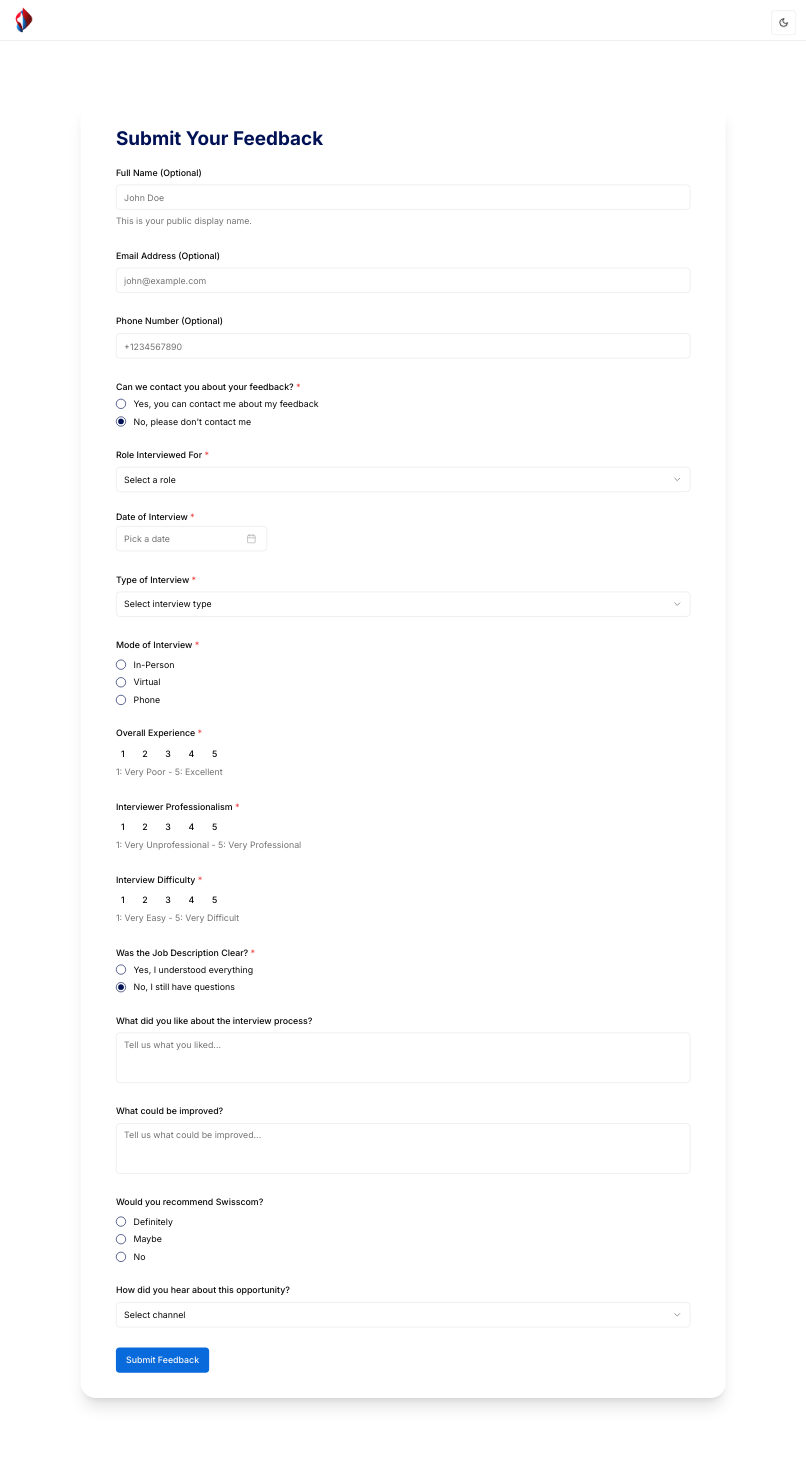
Repository: imets01/swisscom-feedback-app
Page: /feedback (app in frontend/)
These files come from the project's save history. The page is drawn as it stood at one moment and after the next save; the edit follows.
The browser window is 1280 px wide. The pictures show the whole page, at 63% of full size.
The project was rebuilt for these pictures with package versions that can differ from the ones it lists, and the page was loaded fresh each time. The framework's server and built-in components were replaced by stand-ins that run in the browser. Also part of the build but not shown: frontend/next.config.mjs, frontend/src/components/ui/calendar.jsx.

Above is the page before, as saved 2024-12-01 11:09:24.

After the next save:
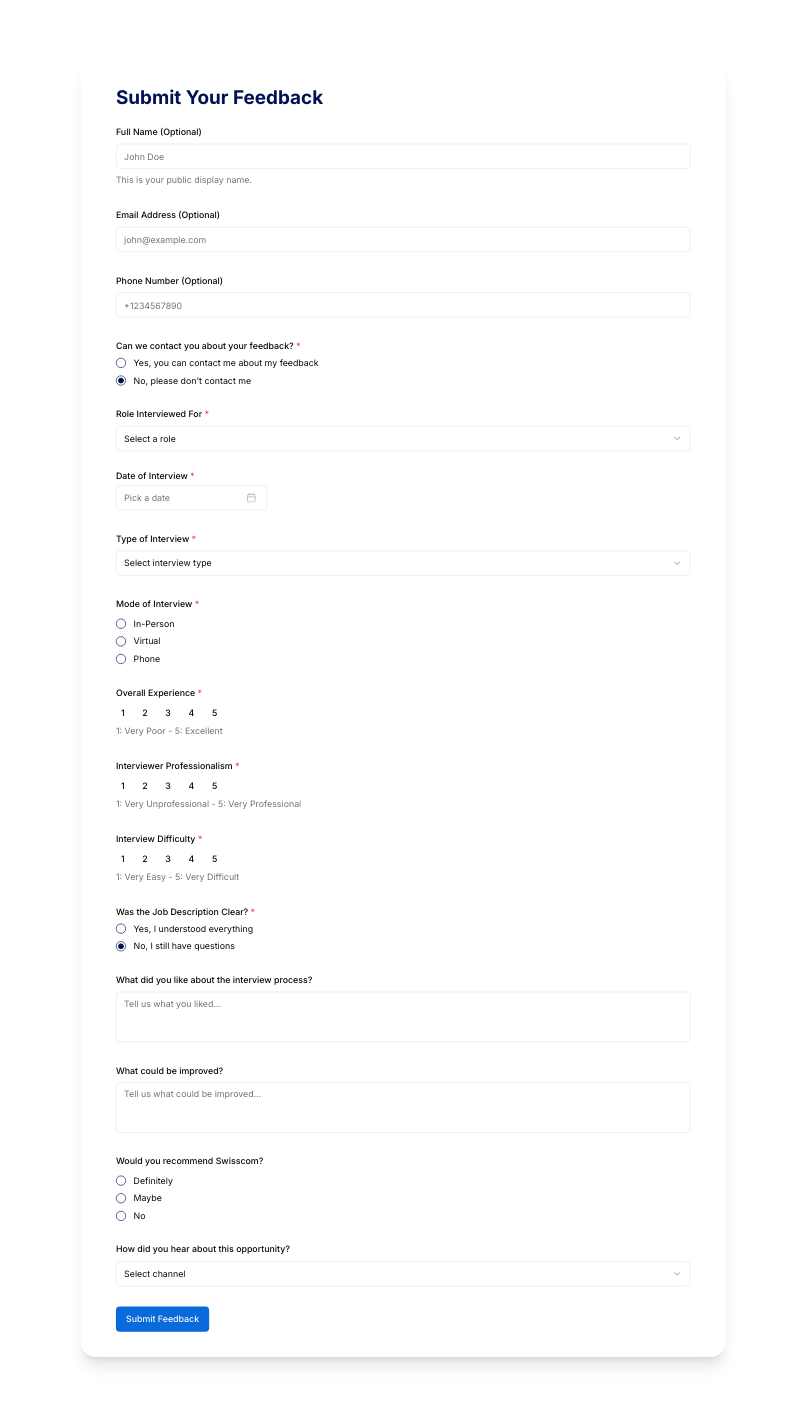
Saved 54 s later.
--- a/frontend/src/app/layout.jsx
+++ b/frontend/src/app/layout.jsx
@@ -12,7 +12,9 @@
 export default function RootLayout({ children }) {
   return (
     <html lang="en">
-      <Header />
+      <head>
+        <Header />
+      </head>
       <body className={inter.className}>
         <div>
           <main>{children}</main>

After the 6 saves that followed:
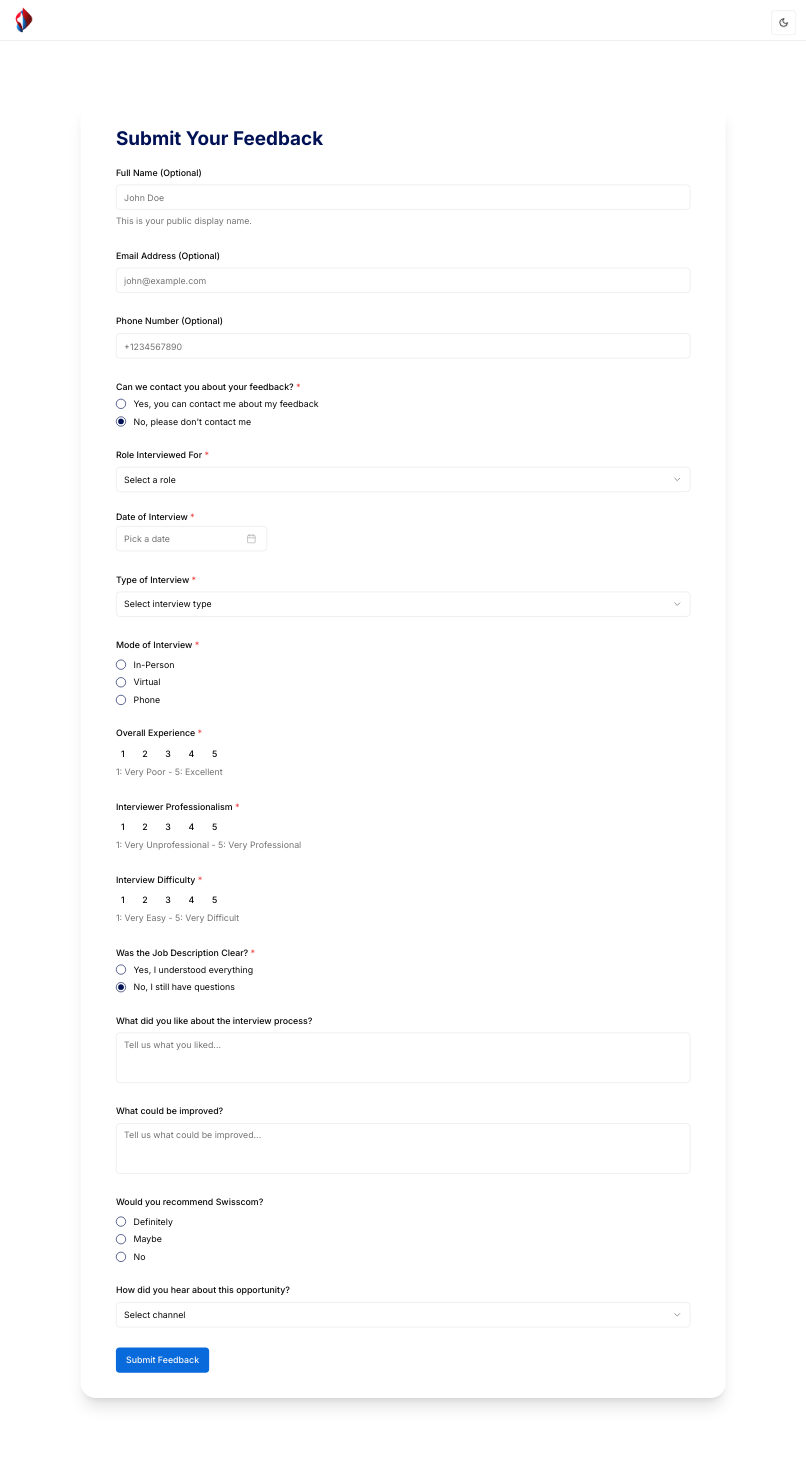
The 6 saves are shown as one change because 5 left the picture as it was.
The last was saved 5 min 45 s later.
--- a/frontend/src/app/layout.jsx
+++ b/frontend/src/app/layout.jsx
@@ -1,6 +1,6 @@
 import "./globals.css";
 import { Inter } from "next/font/google";
-import Header from "./components/headerComponent";
+import HeaderBar from "./components/headerComponent";
 
 const inter = Inter({ subsets: ["latin"] });
 
@@ -12,9 +12,8 @@
 export default function RootLayout({ children }) {
   return (
     <html lang="en">
-      <head>
-        <Header />
-      </head>
+      <HeaderBar />
+
       <body className={inter.className}>
         <div>
           <main>{children}</main>
--- a/frontend/src/app/components/headerComponent.js
+++ b/frontend/src/app/components/headerComponent.js
@@ -2,7 +2,7 @@
 import Image from "next/image"; // Import the Image component
 import { ThemeSelector } from "./themeSelector";
 
-export default function Header() {
+export default function HeaderBar() {
   return (
     <header className="bg-background border-b">
       <div className="container px-2 sm:px-4 lg:px-4">
